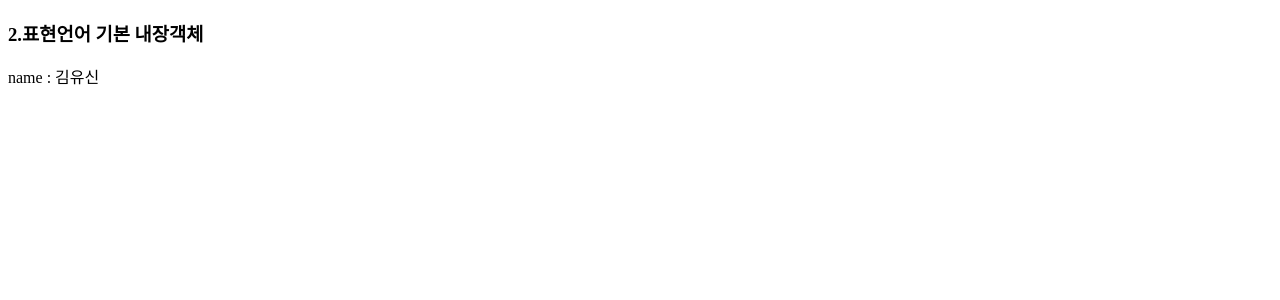
Repository: donghobu/JSP
Page: http://localhost/Ch11/11-2.jsp
An editor plug-in stored every save of this project. The page is shown before and after the next save, followed by the edit.
The browser window is 1280 px wide. The pictures show the whole page.
The page is served by Tomcat 9.

Above is the page before, as saved 2020-07-13 01:24:21.

After the next save:
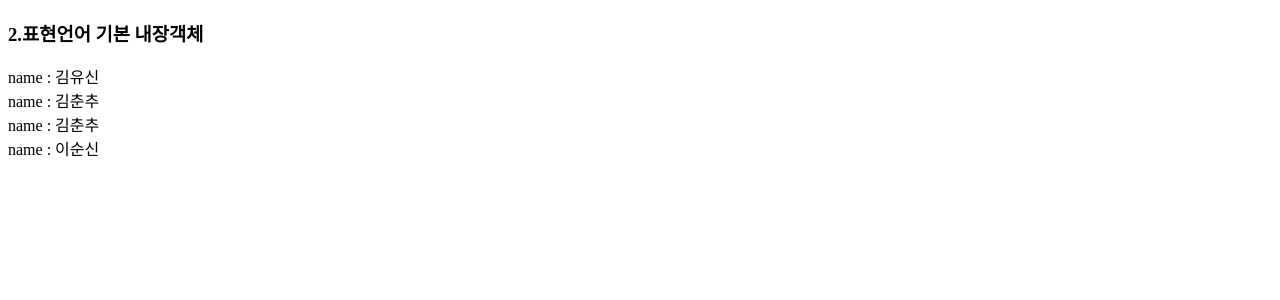
Saved 2 min 24 s later.
--- a/Ch11/WebContent/11-2.jsp
+++ b/Ch11/WebContent/11-2.jsp
@@ -16,7 +16,10 @@
 	%>
 
 	<p>
-		name : ${name}
+		name : ${pageScope.name}<br />
+		name : ${requestScope.name}<br />
+		name : ${requestScope.name}<br />
+		name : ${applicationScope.name}<br />
 	</p>
 </body>
 </html>
